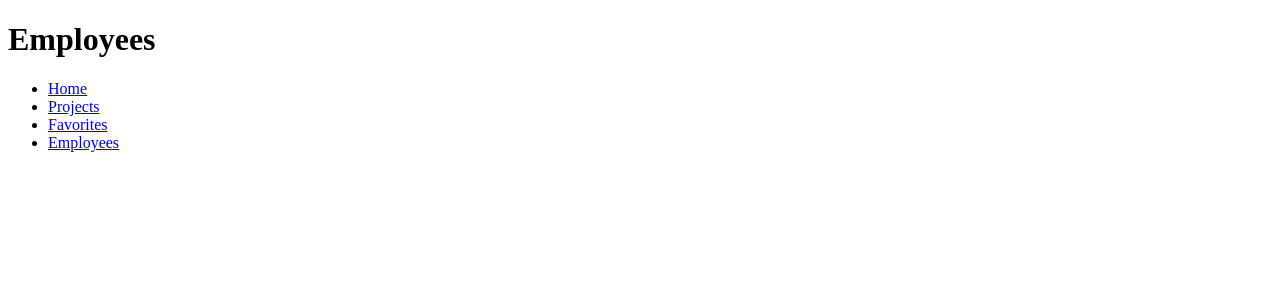
Repository: Kayla-amr/workApp
Page: client/employees.html
These files come from the project's save history. The page is drawn as it stood at one moment and after the next save; the edit follows.
The browser window is 1280 px wide. The pictures show the whole page.

Above is the page before, as saved 2023-12-04 06:02:29.
Console error: ReferenceError: employee is not defined

### client/employees.html
<!DOCTYPE html>
<html lang="en">
<head>
    <meta charset="UTF-8">
    <meta name="viewport" content="width=device-width, initial-scale=1.0">
    <title>Work Management App : Employees</title>
</head>
<body>
    <div class="app">
        <h1>Employees</h1>

        <nav>
            <ul>
                <li><a href="./index.html">Home</a></li>
                <li><a href="./projects.html">Projects</a></li>
                <li><a href="./favorites.html">Favorites</a></li>
                <li><a href="./employees.html">Employees</a></li>
            </ul>
        </nav>

        <div class="employee">

        </div>
</body>
<script src="./src/main.js"></script>
</html>

### client/src/main.js
let employees = [
    {
        id: 1,
        name: 'John Doe',
        title: 'CEO',
        pay: 17.25
    },
    {
        id: 2,
        name: 'Steve Smith',
        title: 'CTO',
        pay: 15.75
    },
    {
        id: 3,
        name: 'Jane Doe',
        title: 'CFO',
        pay: 16.00
    }
];

let equipment = [
    {
        id: 1,
        name: 'cement',
    },
    {
        id: 2,
        name: 'trailer',
    },
    {
        id: 3,
        name: 'truck',
    }
];

let projects = [
    {
        id: 1,
        name: 'Project 1',
        description: 'This is a project description',
        equipment: [ 'cement', 'trailer', 'truck' ],
        employees:['John Doe', 'Steve Smith'],
        cost: 1234.56
    },
    {
        id: 2,
        name: 'Project 2',
        description: 'This is a project description',
        equipment: [ 'cement', 'trailer', 'truck' ],
        employees:['Jane Doe', 'Steve Smith'],
        cost: 1234.56
    },
    {
        id: 3,
        name: 'Project 3',
        description: 'This is a project description',
        equipment: [ 'cement', 'trailer', 'truck' ],
        employees:['John Doe', 'Jane Doe'],
        cost: 1234.56
    }
];

let employeeList = document.querySelector('.employee');
let projectList = document.querySelector('.project');
let equipmentList = document.querySelector('.equipment');

function createEmployeeLi(employee) {
    let li = document.createElement('li');
    li.setAttribute('id', employee.id);
    li.innerText = employee.name;
    return li;
}


function viewWork(employees) {
    employeeList.innerText = '';

    employees.forEach((employee) => {
        let li = createEmployeeLi(employee);
        li.app
    });

    document.querySelector('.employee').innerHTML = employee;
}

viewWork(employees)

After the next save:
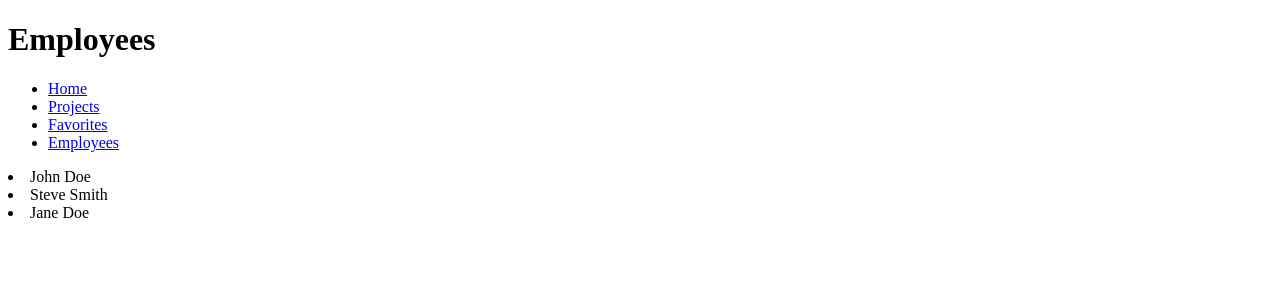
Saved 12 s later.
--- a/client/src/main.js
+++ b/client/src/main.js
@@ -78,7 +78,7 @@ function viewWork(employees) {
 
     employees.forEach((employee) => {
         let li = createEmployeeLi(employee);
-        li.app
+        employeeList.appendChild(li);
     });
 
     document.querySelector('.employee').innerHTML = employee;
